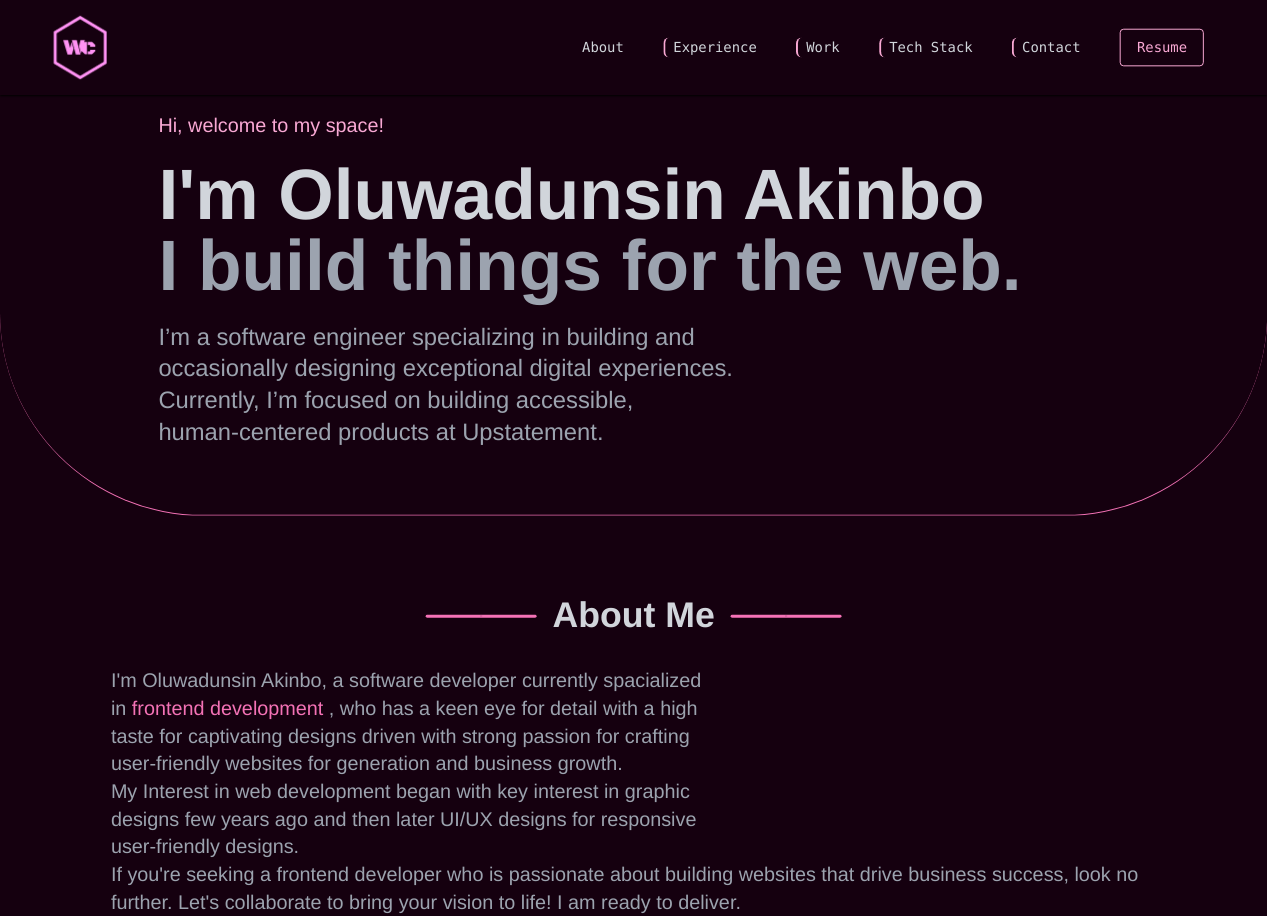
Repository: EmmyDunny1/myPortfolio
Page: / (app in MyPortfolio/)
The author's editor kept a copy of each file at every save. The page is drawn from the files as they stood at one save, then again after the next save.
The browser window is 1280 px wide. The pictures show the whole page, at 99% of full size.
The project was rebuilt for these pictures with package versions that can differ from the ones it lists, and the page was loaded fresh each time. Also part of the build but not shown: MyPortfolio/vite.config.js.

Above is the page before, as saved 2025-01-14 14:37:36.

### MyPortfolio/index.html
<!doctype html>
<html lang="en">
  <head>
    <meta charset="UTF-8" />
    <link rel="icon" type="image/svg+xml" href="/vite.svg" />
    <meta name="viewport" content="width=device-width, initial-scale=1.0" />
    <title>My Portfolio Website</title>
  </head>
  <body>
    <div id="root"></div>
    <script type="module" src="/src/main.jsx"></script>
  </body>
</html>

### MyPortfolio/src/index.css
@tailwind base;
@tailwind components;
@tailwind utilities;


body{

    max-width: 90rem;
  /* margin-left: 2rem;
  margin-right: 2rem; */
  background:   rgb(21, 0, 15);
  font-family: "Helvetica Neue";
  }

  img {
    width: 12rem;
    height: 7rem;
  }

  p{ font-size: 14px

  }

### MyPortfolio/src/App.jsx
import React from 'react'
import Navbar from './components/Navbar'
import HeroSection from './components/HeroSection'
import AboutMe from './components/AboutMe'
const App = () => {
  return (
    <div>
    <div className=''> <Navbar/> </div>
    <div className='mt-[7rem] border-b border-solid border-pink-400 rounded-full pb-[3rem]'><HeroSection/> </div>
    <div><AboutMe/></div>

    </div>
  )
}

export default App

### MyPortfolio/src/components/Navbar.jsx
import React from 'react'
import WEBCANIC from '../assets/WEBCANIC.png'

const Navbar = () => {
  return (
    <nav className="fixed top-0 left-0 w-full bg-dark-navy shadow-sm  shadow-black text-gray-300 z-10">
    <div className=" flex items-center justify-between py-4 mx-[4rem]">
      <div className="flex items-center">

          <img src={WEBCANIC} className='h-[4rem] w-[4rem] object-cover ml-[-10px]'  alt="" />

      </div>
      <div className="flex items-center space-x-8 ">
        <a
          href="#about"
          className="hover:text-green text-sm font-mono  border-solid border-pink-300 rounded-md px-2 ">
          <div>  </div>  About
        </a>
        <a
          href="#experience"
          className="hover:text-green text-sm font-mono border-l-2 border-solid border-pink-300 rounded-md px-2">
           Experience
        </a>
        <a
          href="#work"
          className="hover:text-green text-sm font-mono border-l-2 border-solid border-pink-300 rounded-md px-2">
           Work
        </a>
        <a
          href="#work"
          className="hover:text-green text-sm font-mono border-l-2 border-solid border-pink-300 rounded-md px-2">
           Tech Stack
        </a>
        <a
          href="#contact"
          className="hover:text-green text-sm font-mono border-l-2 border-solid border-pink-300 rounded-md px-2">
           Contact
        </a>
        <a
          href="/resume.pdf"
          download
          className="border border-green text-pink-300 px-4 py-2 rounded text-sm font-mono hover:bg-green hover:text-dark-navy hover:shadow-sm hover:shadow-gray-300 hover:border-gray-300 hover:text-gray-300 transition border-pink-300">
          Resume
        </a>
      </div>
    </div>
  </nav>
  )
}

export default Navbar

### MyPortfolio/src/components/HeroSection.jsx
import React from 'react'

const HeroSection = () => {
  return (
    <div className='block mx-[10rem] '>

      <div className=''>
        <span className='text-pink-300 text-xl '>Hi, welcome to my space!</span>
        <h1 className='text-7xl text-gray-300 pt-5 font-bold '>I'm Oluwadunsin Akinbo</h1>
        <h2 className='text-7xl text-gray-400 font-bold'>I build things for the web.</h2>

        <p className='text-2xl text-gray-400 py-5'>I’m a software engineer specializing in building and <br />occasionally designing exceptional digital experiences. <br />Currently, I’m focused on building accessible,<br /> human-centered products at Upstatement.</p>


      </div>

    </div>
  )
}

export default HeroSection

### MyPortfolio/src/components/AboutMe.jsx
import React from 'react'
import { FiMinus } from 'react-icons/fi'


const AboutMe = () => {
  return (
    <div className=' mx-[7rem] mt-[5rem]'>
      <div className='flex mx-auto justify-center align-center'>
      <FiMinus className='h-[2.5px] w-[7rem] mt-5 mr-4 rounded-2xl bg-pink-400'/>
        <h1 className='text-gray-300 text-4xl pb-[2rem] font-bold'>  About Me </h1>
         <FiMinus className='h-[2.5px] w-[7rem] mt-5 ml-4 rounded-2xl bg-pink-400'/>
      </div>
    <div className='flex'>
        <div className=''>
            <p className='text-gray-400 text-xl'>I'm Oluwadunsin Akinbo, a software developer currently spacialized <br />in <span className='text-pink-400'>frontend development </span>
            , who has a keen eye for detail with a high <br />taste for captivating designs driven with strong passion for crafting <br />user-friendly websites for generation and business growth.
            <br />

               <span className='pt-10'>My Interest in web development began with key interest in graphic <br />designs few years ago and then later UI/UX designs for responsive <br />user-friendly designs.  </span>


              <br />If you're seeking a frontend developer who is passionate about building websites that drive business success, look no further.

              Let's collaborate to bring your vision to life! I am ready to deliver. </p>
        </div>
        <div></div>

    </div>

    </div>
  )
}

export default AboutMe

Loaded but not shown: MyPortfolio/src/main.jsx (common file); MyPortfolio/tailwind.config.js (common file)

After the next save:
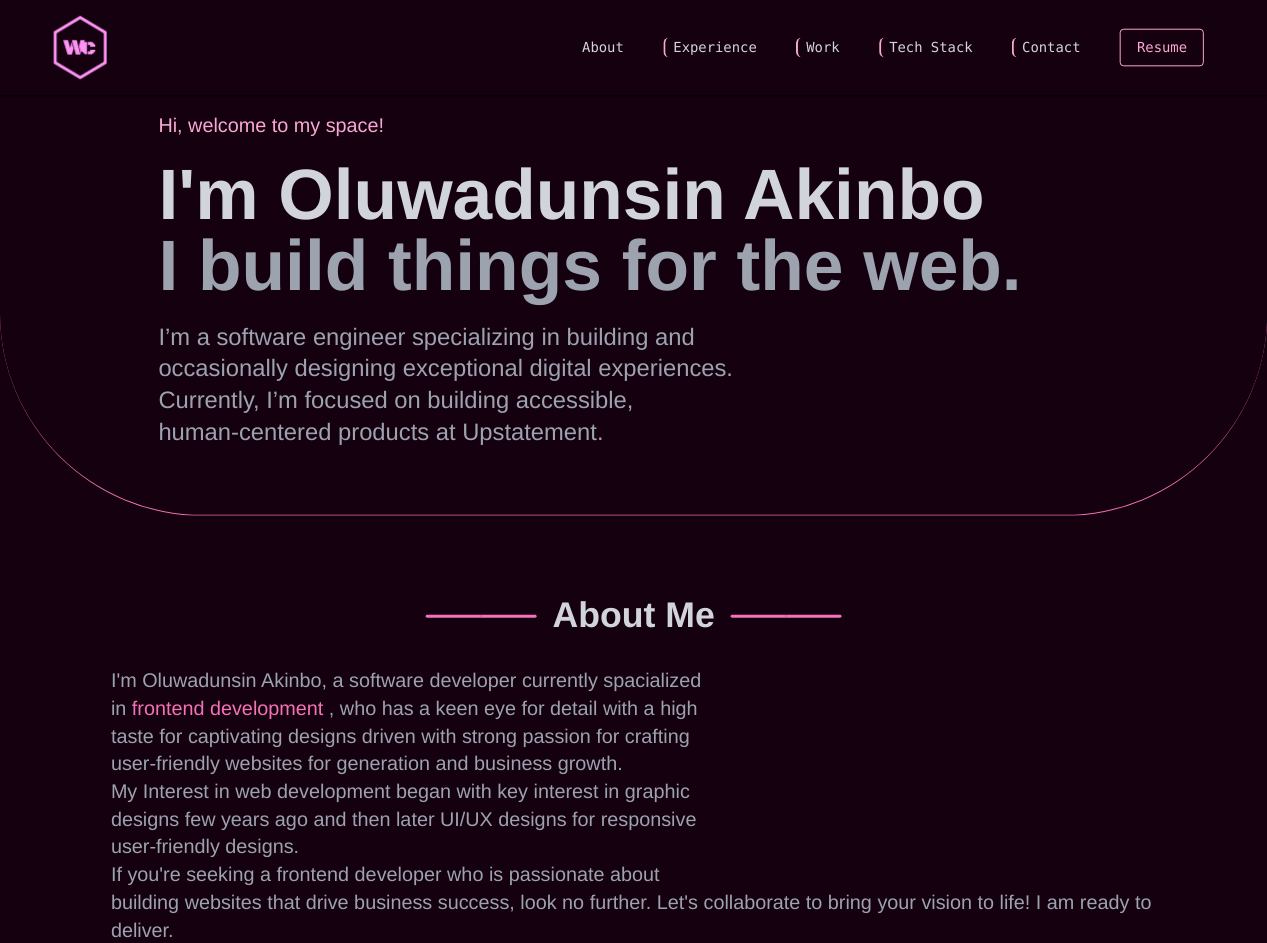
Saved 28 s later.
--- a/MyPortfolio/src/components/AboutMe.jsx
+++ b/MyPortfolio/src/components/AboutMe.jsx
@@ -19,7 +19,7 @@ const AboutMe = () => {
                <span className='pt-10'>My Interest in web development began with key interest in graphic <br />designs few years ago and then later UI/UX designs for responsive <br />user-friendly designs.  </span>
 
 
-              <br />If you're seeking a frontend developer who is passionate about building websites that drive business success, look no further.
+              <br />If you're seeking a frontend developer who is passionate about <br /> building websites that drive business success, look no further.
 
               Let's collaborate to bring your vision to life! I am ready to deliver. </p>
         </div>
